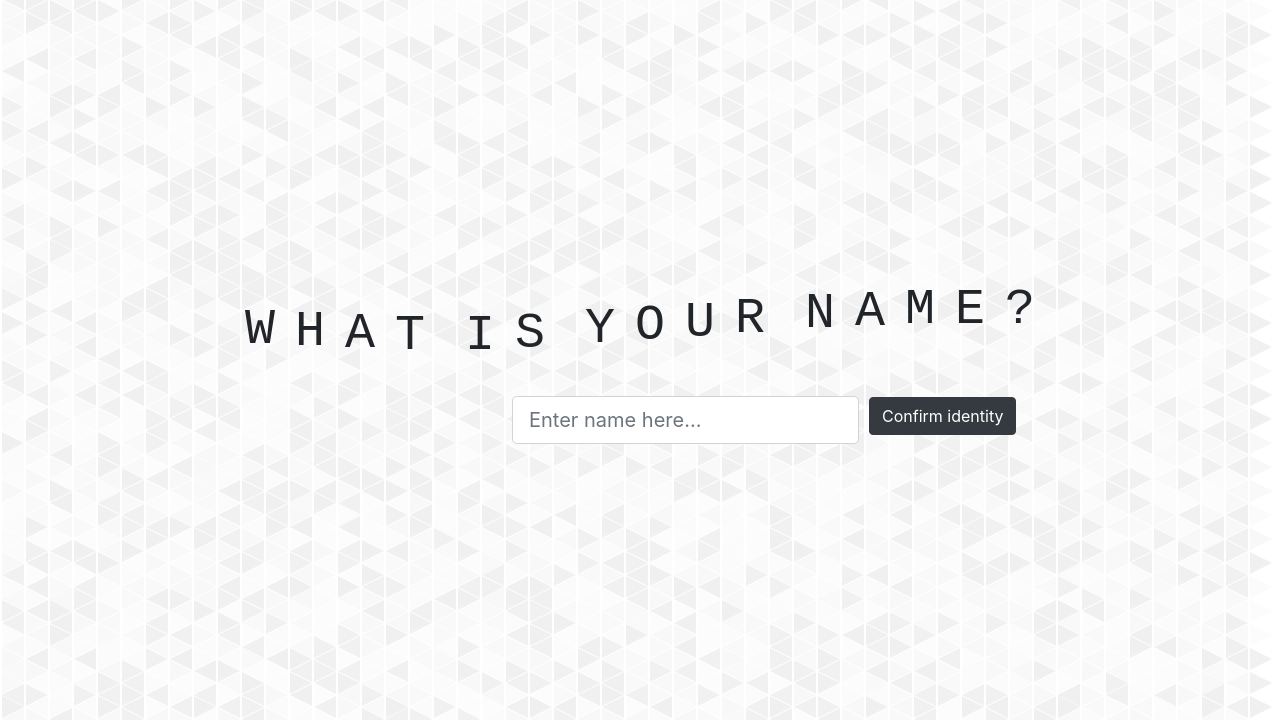
Repository: Aaquib111/Aaquib111.github.io
Page: index.html
These files come from the project's save history. The page is drawn as it stood at one moment and after the next save; the edit follows.
The browser window is 1280 px wide. The pictures show the whole page.

Above is the page before, as saved 2021-05-12 22:05:43.

### index.html
<!DOCTYPE html>
<html>
    <head>
        <meta charset="utf-8">
        <title></title>
        <link rel="stylesheet" type="text/css" href="css\background.css">
        <link rel="stylesheet" href="https://maxcdn.bootstrapcdn.com/bootstrap/4.0.0/css/bootstrap.min.css" integrity="sha384-Gn5384xqQ1aoWXA+058RXPxPg6fy4IWvTNh0E263XmFcJlSAwiGgFAW/dAiS6JXm" crossorigin="anonymous">
    </head>
    <body>

        <canvas id="canvas" width=""></canvas>
            <div id="inputs">
                Text <input type="text" placeholder="What is your name?" value="What is your name?" id="texty"><br>
                Speed <input type="number" id="omegset" step="0.1" value="1.8"><br>
                Amplitude <input type="number" id="ampset" step='1' value='20'><br>
                Font size <input type="number" id="fonts" step='1' value='50'><br>
                Waves <input type="number" id="waves" step='0.1' value='4' min='0' max='8'><br>
            </div>
        <div id="contain">
            <div id="wrap"></div>
            <div id="name">
                <form class="form-inline" onsubmit="return validateForm()" method="post">
                    <input class="form-control form-control-lg" type="password" name="firstname" placeholder="Enter name here...">
                    <button type="submit" class="btn btn-dark mb-2" style="margin-left: 10px;">Confirm identity</button>
                </form>
            </div>
        </div>
       <script src="js\background.js"></script>
       <script src="js\validate.js"></script>
    </body>
</html>

### css/background.css
* {
  margin: 0;
  padding: 0;
}

html, body {
  height: 100%;
  width: 100%;
}

canvas{
  height: 100%;
  width: 100%;
}


#wrap{
  z-index: 1;
  position: absolute;
  left: 0;
  top: 0;
  height: 100vh;
  width: 100vw;
  display: flex;
  align-items: flex-end;
  justify-content: center;
  flex-wrap: wrap;
  max-height: 50vh;
}

#contain{
  display: flex;
  flex-direction: column;
}
#name{
  align-self:center;
  z-index: 2;
  position: absolute;
  left: 40vw;
  top: 55vh;
  align-items: flex-start;
}
.hoovy{
  font-size: 50px;
  font-family: 'VT323',Monospace,sans-serif;
  margin-left: 10px;
  margin-right: 10px;
  -moz-user-select: none;
  -webkit-user-select: none;
  -ms-user-select: none;
}
input{
  background-color: rgba(255,255,255,0.3);
  border: none;
  margin-top: 2px;
  margin-bottom: 2px;
}
#inputs{
  text-align: right;
  color: white;
  font-family: 'VT323';
  padding: 5px 10px;
  border-radius: 5px;
  background-color: rgba(0,0,0,0.2);
  z-index: 2;
  position: absolute;
  box-shadow: #000 2px 3px 10px -2px;
  top: 10px;
  right: 10px;
  -moz-user-select: none;
  -webkit-user-select: none;
  -ms-user-select: none;
  visibility: hidden;
}

### js/background.js
var livePatern = {
    canvas: null,
    context: null,
    cols: 0,
    rows: 0,
    colors: [252, 251, 249, 248, 241, 240],
    triangleColors: [],
    destColors: [],

    init: function(){
      this.canvas = document.getElementById('canvas');
      this.context = this.canvas.getContext('2d');
      this.cols = Math.floor(document.body.clientWidth / 24);
      this.rows = Math.floor(document.body.clientHeight / 24) + 1;

      this.canvas.width = document.body.clientWidth;
      this.canvas.height = document.body.clientHeight;

      this.drawBackground();
      this.animate();
    },

    drawTriangle: function(x, y, color, inverted){
      inverted = inverted == undefined ? false : inverted;

      this.context.beginPath();
      this.context.moveTo(x, y);
      this.context.lineTo(inverted ? x - 22 : x + 22, y + 11);
      this.context.lineTo(x, y + 22);
      this.context.fillStyle = "rgb("+color+","+color+","+color+")";
      this.context.fill();
      this.context.closePath();
    },

    getColor: function(){
      return this.colors[(Math.floor(Math.random() * 6))];
    },

    drawBackground: function(){
      var eq = null;
      var x = this.cols;
      var destY = 0;
      var color, y;

      while(x--){
        eq = x % 2;
        y = this.rows;

        while(y--){
          destY = Math.round((y-0.5) * 24);

          this.drawTriangle(x * 24 + 2, eq == 1 ? destY : y * 24, this.getColor());
          this.drawTriangle(x * 24, eq == 1 ? destY  : y * 24, this.getColor(), true);
        }
      }
    },

    animate: function(){
      var me = this;

      var x = Math.floor(Math.random() * this.cols);
      var y = Math.floor(Math.random() * this.rows);
      var eq = x % 2;

      if (eq == 1) {
        me.drawTriangle(x * 24, Math.round((y-0.5) * 24) , this.getColor(), true);
      } else {
        me.drawTriangle(x * 24 + 2, y * 24, this.getColor());
      }

      setTimeout(function(){
        me.animate.call(me);
      }, 10);
    },
  };

  !function(){livePatern.init();}()


  let waves = 4;

  function docify(str){
    document.getElementById('wrap').innerHTML = "";
    for(let i = 0; i < str.length; i++){
      let el = document.createElement('div');
      el.className = "hoovy";
      el.appendChild(  document.createTextNode(str.charAt(i))  );
      el.setAttribute('data-phi',i*Math.PI/(10 - waves));
      el.style.transform = "";
      document.getElementById('wrap').appendChild(el);
    }
    document.getElementById('wrap').appendChild(document.createElement('br'));
  }

  let omeg = 1.8,
      ampl = 13,
      wrap = document.getElementById('wrap'),
      time = 0;

  function anim(){

    if(omeg * time > 2*Math.PI){
      time = 0;
    }
    for(let k = 0; k < wrap.childNodes.length; k++){
      let elem = wrap.childNodes[k];
      let phi = elem.getAttribute('data-phi');
      elem.style.transform = 'translateY('+ampl*Math.sin(omeg*time + phi/2) + 'px)';
    }
    time += 6/100;
    requestAnimationFrame(anim);
  };

  document.getElementById('wrap').innerHTML = "";

  document.getElementById('ampset').oninput = function(){
    ampl = this.value;
  }
  document.getElementById('omegset').oninput = function(){
    omeg = this.value;
  }
  document.getElementById('fonts').oninput = function(){
    for(let i = 0; i < wrap.childNodes.length; i++){
      wrap.childNodes[i].style.fontSize = document.getElementById('fonts').value + 'px';
    }
  }
  document.getElementById('waves').oninput = function(){
    waves = this.value;
    docify(document.getElementById('texty').value);
  }
  document.getElementById('texty').oninput = function(){
    docify(this.value);
  }

  docify('WHAT IS YOUR NAME?');
  anim();

Loaded but not shown: js/validate.js (no stored copy; drawn as an empty file)

After the next save:
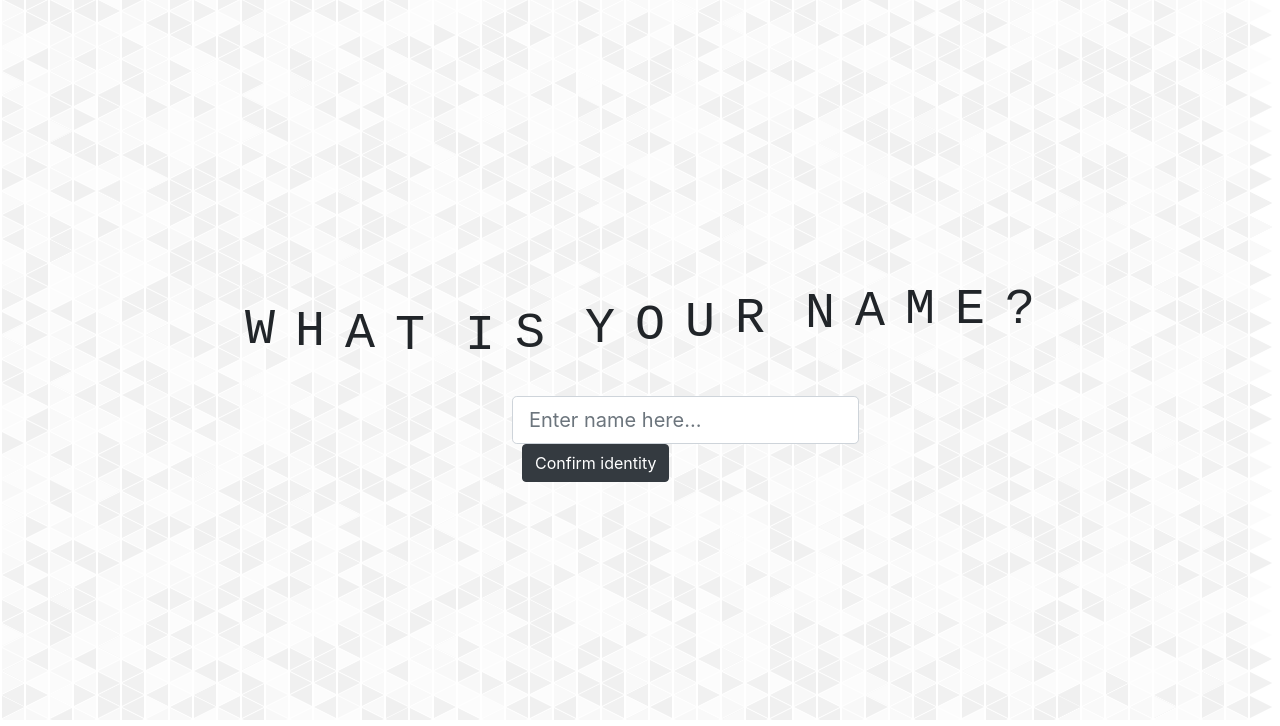
Saved 84 s later.
--- a/index.html
+++ b/index.html
@@ -19,9 +19,13 @@
         <div id="contain">
             <div id="wrap"></div>
             <div id="name">
-                <form class="form-inline" onsubmit="return validateForm()" method="post">
+                <form onsubmit="return validateForm()" method="post">
                     <input class="form-control form-control-lg" type="password" name="firstname" placeholder="Enter name here...">
                     <button type="submit" class="btn btn-dark mb-2" style="margin-left: 10px;">Confirm identity</button>
+
+                    <div class="invalid-feedback">
+                        Please provide a valid city.
+                      </div>
                 </form>
             </div>
         </div>
